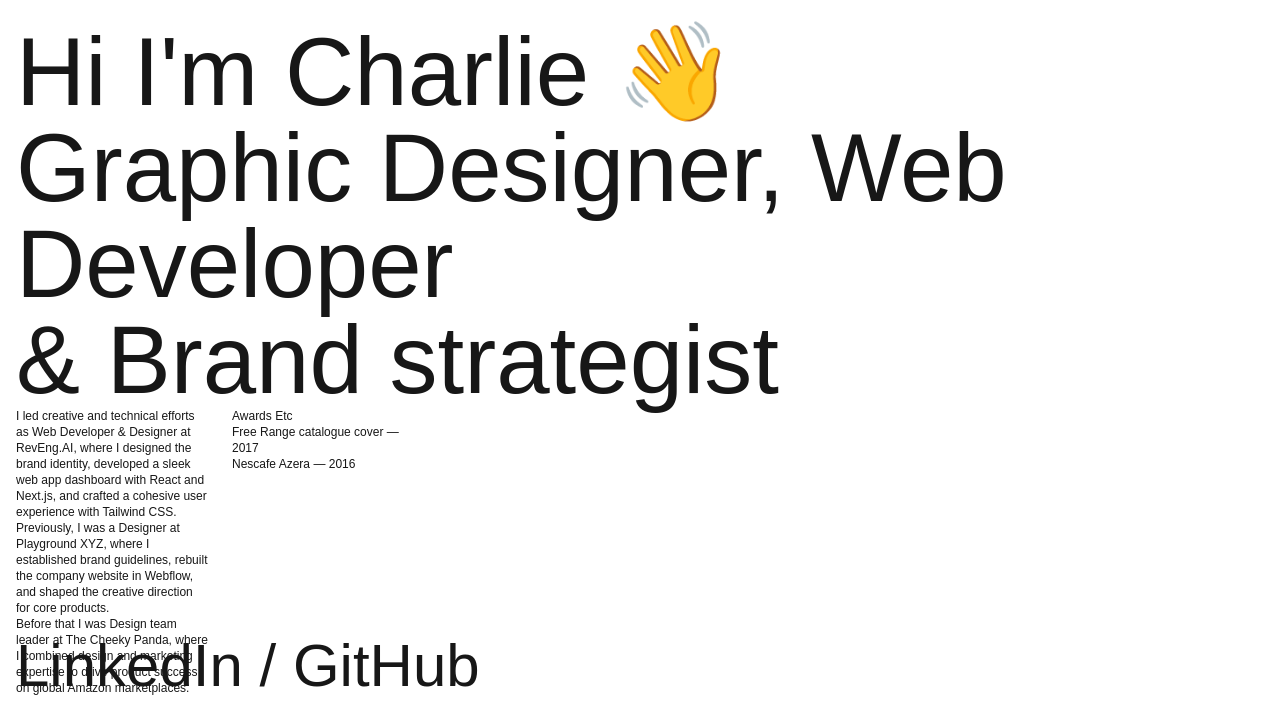
Repository: charlehs/portfolio
Page: /
The author's editor kept a copy of each file at every save. The page is drawn from the files as they stood at one save, then again after the next save.
The browser window is 1280 px wide. The pictures show the whole page.
The project was rebuilt for these pictures with package versions that can differ from the ones it lists, and the page was loaded fresh each time. The framework's server and built-in components were replaced by stand-ins that run in the browser. Also part of the build but not shown: next.config.ts.

Above is the page before, as saved 2025-01-02 18:53:44.

After the next save:
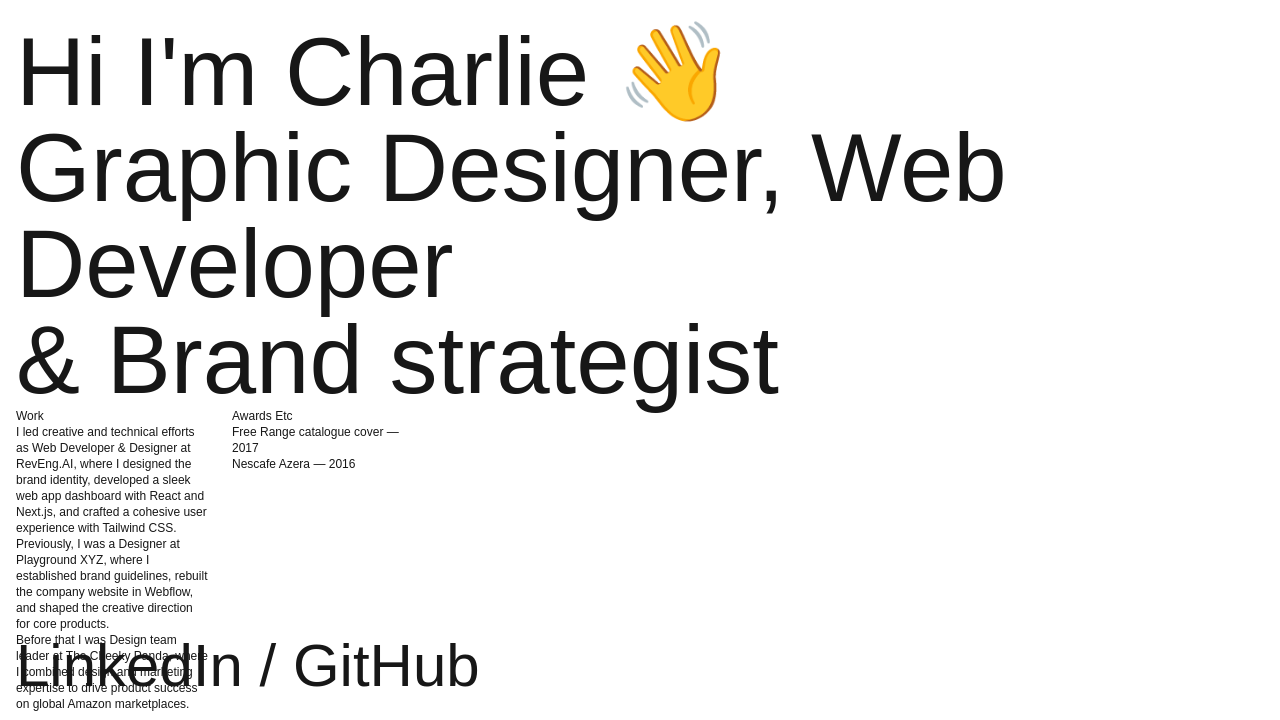
Saved 70 s later.
--- a/app/page.tsx
+++ b/app/page.tsx
@@ -15,22 +15,27 @@ export default function Home() {
           </p>
         </div>
         <div className="grid grid-cols-3  text-xs max-w-[50%] gap-6">
-          <p>
-            I led creative and technical efforts as Web Developer & Designer at{" "}
-            <span>
-              <a href="https://reveng.ai">RevEng.AI</a>
-            </span>
-            , where I designed the brand identity, developed a sleek web app
-            dashboard with React and Next.js, and crafted a cohesive user
-            experience with Tailwind CSS. <br />
-            Previously, I was a Designer at Playground XYZ, where I established
-            brand guidelines, rebuilt the company website in Webflow, and shaped
-            the creative direction for core products.
-            <br />
-            Before that I was Design team leader at The Cheeky Panda, where I
-            combined design and marketing expertise to drive product success on
-            global Amazon marketplaces.
-          </p>
+          <div>
+            <h3>Work </h3>
+            <p>
+              I led creative and technical efforts as Web Developer & Designer
+              at{" "}
+              <span>
+                <a href="https://reveng.ai">RevEng.AI</a>
+              </span>
+              , where I designed the brand identity, developed a sleek web app
+              dashboard with React and Next.js, and crafted a cohesive user
+              experience with Tailwind CSS. <br />
+              Previously, I was a Designer at Playground XYZ, where I
+              established brand guidelines, rebuilt the company website in
+              Webflow, and shaped the creative direction for core products.
+              <br />
+              Before that I was Design team leader at The Cheeky Panda, where I
+              combined design and marketing expertise to drive product success
+              on global Amazon marketplaces.
+            </p>
+          </div>
+
           <div>
             <h3>Awards Etc </h3>
             <a
